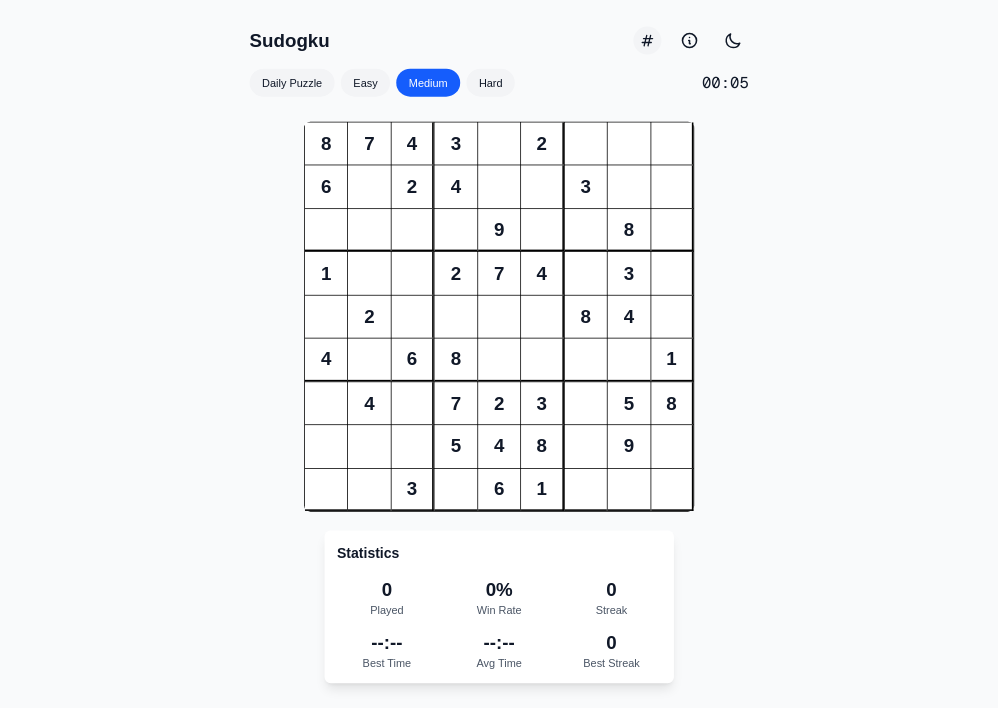
Repository: JavierSilvaF/sudogku
Page: / (app in sudogku-app/)
These files come from the project's save history. The page is drawn as it stood at one moment and after the next save; the edit follows.
The browser window is 1280 px wide. The pictures show the whole page, at 78% of full size.
The project was rebuilt for these pictures with package versions that can differ from the ones it lists, and the page was loaded fresh each time. The framework's server and built-in components were replaced by stand-ins that run in the browser. Also part of the build but not shown: sudogku-app/next.config.mjs, sudogku-app/next.config.ts.

Above is the page before, as saved 2025-04-06 02:59:27.

### sudogku-app/src/app/page.tsx
'use client'

import { ThemeProvider } from 'next-themes'
import { GameProvider } from '@/context/GameContext'
import Header from '@/components/Header'
import GameBoard from '@/components/GameBoard'
import NumberPad from '@/components/NumberPad'
import Victory from '@/components/Victory'
import Stats from '@/components/Stats'

export default function Home() {
  return (
    <ThemeProvider attribute='class'>
      <GameProvider>
        <div className='min-h-screen bg-gray-50 dark:bg-gray-900 text-gray-900 dark:text-gray-50'>
          <div className='max-w-2xl mx-auto px-4 py-8 pb-32 sm:pb-8'>
            <Header />
            <main className='flex flex-col items-center gap-6'>
              <GameBoard />
              <Stats />
            </main>
          </div>
          <NumberPad />
          <Victory />
        </div>
      </GameProvider>
    </ThemeProvider>
  )
}

### sudogku-app/src/components/Header.tsx
import { useState } from 'react'
import { useTheme } from 'next-themes'
import { useGame } from '@/context/GameContext'
import { motion } from 'framer-motion'

export default function Header() {
  const { setTheme, theme } = useTheme()
  const {
    gameMode,
    setGameMode,
    timer,
    isDailyPuzzle,
    displayMode,
    toggleDisplayMode,
  } = useGame()
  const [showRules, setShowRules] = useState(false)

  const formatTime = (seconds: number) => {
    const mins = Math.floor(seconds / 60)
    const secs = seconds % 60
    return `${mins.toString().padStart(2, '0')}:${secs
      .toString()
      .padStart(2, '0')}`
  }

  return (
    <header className='w-full mb-8'>
      <div className='flex items-center justify-between mb-4'>
        <h1 className='text-2xl font-bold'>Sudogku</h1>
        <div className='flex items-center gap-4'>
          <motion.button
            whileTap={{ scale: 0.95 }}
            className={`p-2 rounded-full flex items-center justify-center
              ${
                displayMode === 'dogs'
                  ? 'bg-blue-600 text-white'
                  : 'bg-gray-100 dark:bg-gray-800'
              }`}
            onClick={toggleDisplayMode}
            aria-label='Toggle display mode'
          >
            {displayMode === 'dogs' ? (
              <svg
                className='w-5 h-5'
                fill='none'
                stroke='currentColor'
                viewBox='0 0 24 24'
              >
                <path
                  strokeLinecap='round'
                  strokeLinejoin='round'
                  strokeWidth={2}
                  d='M4 16l4.586-4.586a2 2 0 012.828 0L16 16m-2-2l1.586-1.586a2 2 0 012.828 0L20 14m-6-6h.01M6 20h12a2 2 0 002-2V6a2 2 0 00-2-2H6a2 2 0 00-2 2v12a2 2 0 002 2z'
                />
              </svg>
            ) : (
              <svg
                className='w-5 h-5'
                fill='none'
                stroke='currentColor'
                viewBox='0 0 24 24'
              >
                <path
                  strokeLinecap='round'
                  strokeLinejoin='round'
                  strokeWidth={2}
                  d='M7 20l4-16m2 16l4-16M6 9h14M4 15h14'
                />
              </svg>
            )}
          </motion.button>
          <button
            onClick={() => setShowRules(!showRules)}
            className='p-2 hover:bg-gray-100 dark:hover:bg-gray-800 rounded-full'
            aria-label='Show rules'
          >
            <svg
              className='w-6 h-6'
              fill='none'
              stroke='currentColor'
              viewBox='0 0 24 24'
            >
              <path
                strokeLinecap='round'
                strokeLinejoin='round'
                strokeWidth={2}
                d='M13 16h-1v-4h-1m1-4h.01M21 12a9 9 0 11-18 0 9 9 0 0118 0z'
              />
            </svg>
          </button>
          <button
            onClick={() => setTheme(theme === 'dark' ? 'light' : 'dark')}
            className='p-2 hover:bg-gray-100 dark:hover:bg-gray-800 rounded-full'
            aria-label='Toggle theme'
          >
            {theme === 'dark' ? (
              <svg
                className='w-6 h-6'
                fill='none'
                stroke='currentColor'
                viewBox='0 0 24 24'
              >
                <path
                  strokeLinecap='round'
                  strokeLinejoin='round'
                  strokeWidth={2}
                  d='M12 3v1m0 16v1m9-9h-1M4 12H3m15.364 6.364l-.707-.707M6.343 6.343l-.707-.707m12.728 0l-.707.707M6.343 17.657l-.707.707M16 12a4 4 0 11-8 0 4 4 0 018 0z'
                />
              </svg>
            ) : (
              <svg
                className='w-6 h-6'
                fill='none'
                stroke='currentColor'
                viewBox='0 0 24 24'
              >
                <path
                  strokeLinecap='round'
                  strokeLinejoin='round'
                  strokeWidth={2}
                  d='M20.354 15.354A9 9 0 018.646 3.646 9.003 9.003 0 0012 21a9.003 9.003 0 008.354-5.646z'
                />
              </svg>
            )}
          </button>
        </div>
      </div>

      <div className='flex flex-col gap-4 sm:flex-row sm:items-center sm:justify-between mb-4'>
        <div className='flex gap-2'>
          <motion.button
            whileTap={{ scale: 0.95 }}
            className={`px-4 py-2 rounded-full text-sm font-medium
              ${
                isDailyPuzzle
                  ? 'bg-blue-600 text-white'
                  : 'bg-gray-100 dark:bg-gray-800'
              }`}
            onClick={() => {}}
          >
            Daily Puzzle
          </motion.button>
          {!isDailyPuzzle && (
            <div className='flex gap-2'>
              {(['easy', 'medium', 'hard'] as const).map((mode) => (
                <motion.button
                  key={mode}
                  whileTap={{ scale: 0.95 }}
                  className={`px-4 py-2 rounded-full text-sm font-medium capitalize
                    ${
                      gameMode === mode
                        ? 'bg-blue-600 text-white'
                        : 'bg-gray-100 dark:bg-gray-800'
                    }`}
                  onClick={() => setGameMode(mode)}
                >
                  {mode}
                </motion.button>
              ))}
            </div>
          )}
        </div>
        <div className='text-xl font-mono'>{formatTime(timer)}</div>
      </div>

      {showRules && (
        <motion.div
          initial={{ opacity: 0, y: -20 }}
          animate={{ opacity: 1, y: 0 }}
          className='bg-white dark:bg-gray-800 p-4 rounded-lg shadow-lg mb-4'
        >
          <h2 className='font-bold mb-2'>How to Play</h2>
          <ul className='text-sm space-y-2'>
            <li>
              • Fill in the grid so that every row, column, and 3x3 box contains
              the numbers 1-9
            </li>
            <li>• Use pencil marks to keep track of possible numbers</li>
            <li>• A new puzzle is available every day</li>
          </ul>
        </motion.div>
      )}
    </header>
  )
}

### sudogku-app/src/components/NumberPad.tsx
import { motion } from 'framer-motion'
import { useGame } from '@/context/GameContext'
import { useState } from 'react'
import { DogImage } from '@/utils/dogImages'

export default function NumberPad() {
  const { selectedCell, setCellValue, togglePencilMark } = useGame()
  const [isPencilMode, setIsPencilMode] = useState(false)

  const handleNumberClick = (num: number) => {
    if (!selectedCell) return
    const [row, col] = selectedCell

    if (isPencilMode) {
      togglePencilMark(row, col, num)
    } else {
      setCellValue(row, col, num)
    }
  }

  const handleErase = () => {
    if (!selectedCell) return
    const [row, col] = selectedCell
    setCellValue(row, col, null)
  }

  return (
    <div className='fixed bottom-0 left-0 right-0 bg-white dark:bg-gray-800 p-4 shadow-lg sm:hidden'>
      <div className='max-w-md mx-auto'>
        <div className='grid grid-cols-5 gap-2 mb-4'>
          {[1, 2, 3, 4, 5, 6, 7, 8, 9].map((num) => (
            <motion.button
              key={num}
              whileTap={{ scale: 0.95 }}
              className='aspect-square rounded-lg bg-gray-100 dark:bg-gray-700
                text-xl font-bold flex items-center justify-center'
              onClick={() => handleNumberClick(num)}
            >
              <DogImage number={num} size={30} />
            </motion.button>
          ))}
          <motion.button
            whileTap={{ scale: 0.95 }}
            className={`aspect-square rounded-lg flex items-center justify-center
              ${
                isPencilMode
                  ? 'bg-blue-600 text-white'
                  : 'bg-gray-100 dark:bg-gray-700'
              }`}
            onClick={() => setIsPencilMode((prev: boolean) => !prev)}
          >
            <svg
              className='w-6 h-6'
              fill='none'
              stroke='currentColor'
              viewBox='0 0 24 24'
            >
              <path
                strokeLinecap='round'
                strokeLinejoin='round'
                strokeWidth={2}
                d='M15.232 5.232l3.536 3.536m-2.036-5.036a2.5 2.5 0 113.536 3.536L6.5 21.036H3v-3.572L16.732 3.732z'
              />
            </svg>
          </motion.button>
        </div>

        <div className='flex justify-center gap-2'>
          <motion.button
            whileTap={{ scale: 0.95 }}
            className='px-4 py-2 rounded-lg bg-red-500 text-white font-medium flex items-center gap-2'
            onClick={handleErase}
          >
            <svg
              className='w-5 h-5'
              fill='none'
              stroke='currentColor'
              viewBox='0 0 24 24'
            >
              <path
                strokeLinecap='round'
                strokeLinejoin='round'
                strokeWidth={2}
                d='M19 7l-.867 12.142A2 2 0 0116.138 21H7.862a2 2 0 01-1.995-1.858L5 7m5 4v6m4-6v6m1-10V4a1 1 0 00-1-1h-4a1 1 0 00-1 1v3M4 7h16'
              />
            </svg>
            Erase
          </motion.button>
        </div>
      </div>
    </div>
  )
}

### sudogku-app/src/components/Victory.tsx
import { motion, AnimatePresence } from 'framer-motion'
import { useGame } from '@/context/GameContext'

export default function Victory() {
  const { isComplete, timer, isDailyPuzzle } = useGame()

  const formatTime = (seconds: number) => {
    const mins = Math.floor(seconds / 60)
    const secs = seconds % 60
    return `${mins}:${secs.toString().padStart(2, '0')}`
  }

  return (
    <AnimatePresence>
      {isComplete && (
        <motion.div
          initial={{ opacity: 0, scale: 0.8 }}
          animate={{ opacity: 1, scale: 1 }}
          exit={{ opacity: 0, scale: 0.8 }}
          className='fixed inset-0 flex items-center justify-center bg-black/50 z-50 p-4'
        >
          <motion.div
            initial={{ y: 20 }}
            animate={{ y: 0 }}
            className='bg-white dark:bg-gray-800 rounded-lg p-6 max-w-sm w-full shadow-xl'
          >
            <h2 className='text-2xl font-bold mb-4 text-center'>
              🎉 Puzzle Complete! 🎉
            </h2>
            <div className='space-y-4'>
              <p className='text-center'>
                Time: <span className='font-mono'>{formatTime(timer)}</span>
              </p>
              {isDailyPuzzle && (
                <div className='text-center text-sm'>
                  Come back tomorrow for a new daily puzzle!
                </div>
              )}
              <motion.button
                whileHover={{ scale: 1.05 }}
                whileTap={{ scale: 0.95 }}
                className='w-full py-2 px-4 bg-blue-600 text-white rounded-full font-medium'
                onClick={() => window.location.reload()}
              >
                Play Again
              </motion.button>
            </div>
          </motion.div>
        </motion.div>
      )}
    </AnimatePresence>
  )
}

### sudogku-app/src/components/Stats.tsx
import { useState, useEffect } from 'react'
import { motion } from 'framer-motion'

interface Statistics {
  gamesPlayed: number
  gamesWon: number
  currentStreak: number
  bestStreak: number
  averageTime: number
  bestTime: number
}

export default function Stats() {
  const [stats, setStats] = useState<Statistics>({
    gamesPlayed: 0,
    gamesWon: 0,
    currentStreak: 0,
    bestStreak: 0,
    averageTime: 0,
    bestTime: 0,
  })

  useEffect(() => {
    // Load stats from localStorage
    const savedStats = localStorage.getItem('sudogku-stats')
    if (savedStats) {
      setStats(JSON.parse(savedStats))
    }
  }, [])

  const formatTime = (seconds: number) => {
    if (seconds === 0) return '--:--'
    const mins = Math.floor(seconds / 60)
    const secs = seconds % 60
    return `${mins.toString().padStart(2, '0')}:${secs
      .toString()
      .padStart(2, '0')}`
  }

  return (
    <motion.div
      initial={{ opacity: 0 }}
      animate={{ opacity: 1 }}
      className='w-full max-w-md bg-white dark:bg-gray-800 rounded-lg p-4 shadow-lg'
    >
      <h2 className='text-lg font-bold mb-4'>Statistics</h2>
      <div className='grid grid-cols-2 sm:grid-cols-3 gap-4'>
        <div className='text-center'>
          <div className='text-2xl font-bold'>{stats.gamesPlayed}</div>
          <div className='text-sm text-gray-600 dark:text-gray-400'>Played</div>
        </div>
        <div className='text-center'>
          <div className='text-2xl font-bold'>
            {stats.gamesPlayed
              ? Math.round((stats.gamesWon / stats.gamesPlayed) * 100)
              : 0}
            %
          </div>
          <div className='text-sm text-gray-600 dark:text-gray-400'>
            Win Rate
          </div>
        </div>
        <div className='text-center'>
          <div className='text-2xl font-bold'>{stats.currentStreak}</div>
          <div className='text-sm text-gray-600 dark:text-gray-400'>Streak</div>
        </div>
        <div className='text-center'>
          <div className='text-2xl font-bold'>{formatTime(stats.bestTime)}</div>
          <div className='text-sm text-gray-600 dark:text-gray-400'>
            Best Time
          </div>
        </div>
        <div className='text-center'>
          <div className='text-2xl font-bold'>
            {formatTime(stats.averageTime)}
          </div>
          <div className='text-sm text-gray-600 dark:text-gray-400'>
            Avg Time
          </div>
        </div>
        <div className='text-center'>
          <div className='text-2xl font-bold'>{stats.bestStreak}</div>
          <div className='text-sm text-gray-600 dark:text-gray-400'>
            Best Streak
          </div>
        </div>
      </div>
    </motion.div>
  )
}

### sudogku-app/src/utils/sudoku.ts
export type Grid = (number | null)[][];

export class SudokuGenerator {
  private grid: Grid = Array(9).fill(null).map(() => Array(9).fill(null));

  private isValid(row: number, col: number, num: number): boolean {
    // Check row
    for (let x = 0; x < 9; x++) {
      if (this.grid[row][x] === num) return false;
    }

    // Check column
    for (let x = 0; x < 9; x++) {
      if (this.grid[x][col] === num) return false;
    }

    // Check 3x3 box
    const boxRow = Math.floor(row / 3) * 3;
    const boxCol = Math.floor(col / 3) * 3;
    for (let i = 0; i < 3; i++) {
      for (let j = 0; j < 3; j++) {
        if (this.grid[boxRow + i][boxCol + j] === num) return false;
      }
    }

    return true;
  }

  private fillDiagonal(): void {
    for (let i = 0; i < 9; i += 3) {
      this.fillBox(i, i);
    }
  }

  private fillBox(row: number, col: number): void {
    let num;
    for (let i = 0; i < 3; i++) {
      for (let j = 0; j < 3; j++) {
        do {
          num = Math.floor(Math.random() * 9) + 1;
        } while (!this.isValid(row + i, col + j, num));
        this.grid[row + i][col + j] = num;
      }
    }
  }

  private fillRemaining(row: number, col: number): boolean {
    if (col >= 9 && row < 8) {
      row++;
      col = 0;
    }
    if (row >= 9 && col >= 9) return true;
    if (row < 3) {
      if (col < 3) col = 3;
    } else if (row < 6) {
      if (col === Math.floor(row / 3) * 3) col += 3;
    } else {
      if (col === 6) {
        row++;
        col = 0;
        if (row >= 9) return true;
      }
    }

    for (let num = 1; num <= 9; num++) {
      if (this.isValid(row, col, num)) {
        this.grid[row][col] = num;
        if (this.fillRemaining(row, col + 1)) return true;
        this.grid[row][col] = null;
      }
    }
    return false;
  }

  private removeDigits(difficulty: 'easy' | 'medium' | 'hard'): void {
    const removeCount = {
      easy: 30,
      medium: 45,
      hard: 55
    }[difficulty];

    let count = removeCount;
    while (count > 0) {
      const row = Math.floor(Math.random() * 9);
      const col = Math.floor(Math.random() * 9);
      if (this.grid[row][col] !== null) {
        this.grid[row][col] = null;
        count--;
      }
    }
  }

  generate(difficulty: 'easy' | 'medium' | 'hard'): { puzzle: Grid, solution: Grid } {
    this.grid = Array(9).fill(null).map(() => Array(9).fill(null));
    this.fillDiagonal();
    this.fillRemaining(0, 3);
    const solution = this.grid.map(row => [...row]);
    this.removeDigits(difficulty);
    return {
      puzzle: this.grid.map(row => [...row]),
      solution
    };
  }
}

export class SudokuSolver {
  static isValidMove(grid: Grid, row: number, col: number, num: number): boolean {
    // Check row
    for (let x = 0; x < 9; x++) {
      if (grid[row][x] === num) return false;
    }

    // Check column
    for (let x = 0; x < 9; x++) {
      if (grid[x][col] === num) return false;
    }

    // Check 3x3 box
    const boxRow = Math.floor(row / 3) * 3;
    const boxCol = Math.floor(col / 3) * 3;
    for (let i = 0; i < 3; i++) {
      for (let j = 0; j < 3; j++) {
        if (grid[boxRow + i][boxCol + j] === num) return false;
      }
    }

    return true;
  }

  static isSolved(grid: Grid): boolean {
    for (let row = 0; row < 9; row++) {
      for (let col = 0; col < 9; col++) {
        if (grid[row][col] === null) return false;
      }
    }
    return true;
  }
}

### sudogku-app/src/utils/dailyPuzzle.ts
import { SudokuGenerator, Grid } from './sudoku';
import seedrandom from 'seedrandom';

export function getDailyPuzzleSeed() {
  const now = new Date();
  const year = now.getUTCFullYear();
  const month = now.getUTCMonth();
  const day = now.getUTCDate();
  return `${year}-${month}-${day}`;
}

export function generateDailyPuzzle(): { puzzle: Grid, solution: Grid } {
  const seed = getDailyPuzzleSeed();
  const generator = new SudokuGenerator();

  // Use the seed to generate a deterministic puzzle
  const seedNumber = Array.from(seed).reduce((acc, char) => acc + char.charCodeAt(0), 0);
  seedrandom(seedNumber.toString());

  return generator.generate('medium');
}

### sudogku-app/src/utils/dogImages.tsx
import Image from 'next/image'

// Map numbers to dog image paths
export const dogImages = {
  1: '/images/dogs/dog1.png',
  2: '/images/dogs/dog2.png',
  3: '/images/dogs/dog3.png',
  4: '/images/dogs/dog4.png',
  5: '/images/dogs/dog5.png',
  6: '/images/dogs/dog6.png',
  7: '/images/dogs/dog7.png',
  8: '/images/dogs/dog8.png',
  9: '/images/dogs/dog9.png',
}

// Component to display a dog image for a number
export function DogImage({
  number,
  size = 40,
}: {
  number: number
  size?: number
}) {
  return (
    <div className='relative' style={{ width: size, height: size }}>
      <Image
        src={dogImages[number as keyof typeof dogImages]}
        alt={`Dog ${number}`}
        fill
        style={{ objectFit: 'cover' }}
        className='rounded-full'
      />
    </div>
  )
}

Loaded but not shown: sudogku-app/src/app/layout.tsx (common file); sudogku-app/src/app/globals.css (common file); sudogku-app/src/context/GameContext.tsx (292 lines, source omitted); sudogku-app/src/components/GameBoard.tsx (201 lines, source omitted)

After the next save:
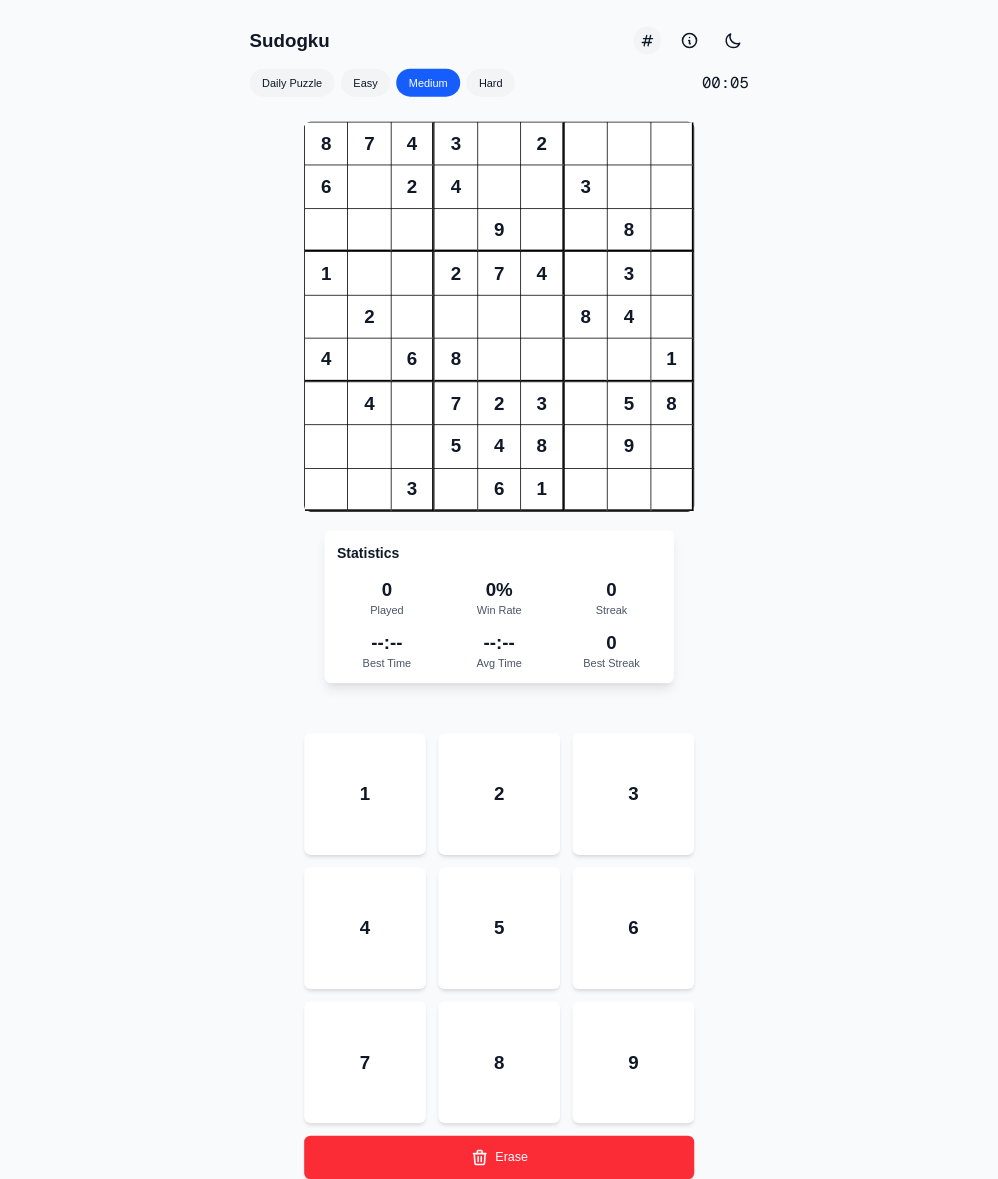
Saved 9 s later.
--- a/sudogku-app/src/components/NumberPad.tsx
+++ b/sudogku-app/src/components/NumberPad.tsx
@@ -1,93 +1,69 @@
 import { motion } from 'framer-motion'
 import { useGame } from '@/context/GameContext'
-import { useState } from 'react'
 import { DogImage } from '@/utils/dogImages'
 
 export default function NumberPad() {
-  const { selectedCell, setCellValue, togglePencilMark } = useGame()
-  const [isPencilMode, setIsPencilMode] = useState(false)
+  const {
+    selectedCell,
+    setCellValue,
+    togglePencilMark,
+    isPencilMode,
+    displayMode,
+  } = useGame()
 
-  const handleNumberClick = (num: number) => {
+  const handleNumberClick = (number: number) => {
     if (!selectedCell) return
-    const [row, col] = selectedCell
 
     if (isPencilMode) {
-      togglePencilMark(row, col, num)
+      togglePencilMark(selectedCell[0], selectedCell[1], number)
     } else {
-      setCellValue(row, col, num)
+      setCellValue(selectedCell[0], selectedCell[1], number)
     }
   }
 
   const handleErase = () => {
     if (!selectedCell) return
-    const [row, col] = selectedCell
-    setCellValue(row, col, null)
+    setCellValue(selectedCell[0], selectedCell[1], null)
   }
 
   return (
-    <div className='fixed bottom-0 left-0 right-0 bg-white dark:bg-gray-800 p-4 shadow-lg sm:hidden'>
-      <div className='max-w-md mx-auto'>
-        <div className='grid grid-cols-5 gap-2 mb-4'>
-          {[1, 2, 3, 4, 5, 6, 7, 8, 9].map((num) => (
-            <motion.button
-              key={num}
-              whileTap={{ scale: 0.95 }}
-              className='aspect-square rounded-lg bg-gray-100 dark:bg-gray-700
-                text-xl font-bold flex items-center justify-center'
-              onClick={() => handleNumberClick(num)}
-            >
-              <DogImage number={num} size={30} />
-            </motion.button>
-          ))}
+    <div className='w-full max-w-[500px] mx-auto mt-8'>
+      <div className='grid grid-cols-3 gap-4'>
+        {[1, 2, 3, 4, 5, 6, 7, 8, 9].map((number) => (
           <motion.button
+            key={number}
+            className='aspect-square w-full flex items-center justify-center bg-white dark:bg-gray-800 rounded-lg shadow-md'
+            onClick={() => handleNumberClick(number)}
             whileTap={{ scale: 0.95 }}
-            className={`aspect-square rounded-lg flex items-center justify-center
-              ${
-                isPencilMode
-                  ? 'bg-blue-600 text-white'
-                  : 'bg-gray-100 dark:bg-gray-700'
-              }`}
-            onClick={() => setIsPencilMode((prev: boolean) => !prev)}
           >
-            <svg
-              className='w-6 h-6'
-              fill='none'
-              stroke='currentColor'
-              viewBox='0 0 24 24'
-            >
-              <path
-                strokeLinecap='round'
-                strokeLinejoin='round'
-                strokeWidth={2}
-                d='M15.232 5.232l3.536 3.536m-2.036-5.036a2.5 2.5 0 113.536 3.536L6.5 21.036H3v-3.572L16.732 3.732z'
-              />
-            </svg>
+            {displayMode === 'dogs' ? (
+              <DogImage number={number} />
+            ) : (
+              <span className='text-2xl font-bold'>{number}</span>
+            )}
           </motion.button>
-        </div>
-
-        <div className='flex justify-center gap-2'>
-          <motion.button
-            whileTap={{ scale: 0.95 }}
-            className='px-4 py-2 rounded-lg bg-red-500 text-white font-medium flex items-center gap-2'
-            onClick={handleErase}
-          >
-            <svg
-              className='w-5 h-5'
-              fill='none'
-              stroke='currentColor'
-              viewBox='0 0 24 24'
-            >
-              <path
-                strokeLinecap='round'
-                strokeLinejoin='round'
-                strokeWidth={2}
-                d='M19 7l-.867 12.142A2 2 0 0116.138 21H7.862a2 2 0 01-1.995-1.858L5 7m5 4v6m4-6v6m1-10V4a1 1 0 00-1-1h-4a1 1 0 00-1 1v3M4 7h16'
-              />
-            </svg>
-            Erase
-          </motion.button>
-        </div>
+        ))}
       </div>
+      <motion.button
+        className='w-full mt-4 p-4 bg-red-500 text-white rounded-lg shadow-md flex items-center justify-center gap-2'
+        onClick={handleErase}
+        whileTap={{ scale: 0.95 }}
+      >
+        <svg
+          className='w-6 h-6'
+          fill='none'
+          stroke='currentColor'
+          viewBox='0 0 24 24'
+        >
+          <path
+            strokeLinecap='round'
+            strokeLinejoin='round'
+            strokeWidth={2}
+            d='M19 7l-.867 12.142A2 2 0 0116.138 21H7.862a2 2 0 01-1.995-1.858L5 7m5 4v6m4-6v6m1-10V4a1 1 0 00-1-1h-4a1 1 0 00-1 1v3M4 7h16'
+          />
+        </svg>
+        <span>Erase</span>
+      </motion.button>
     </div>
   )
 }
